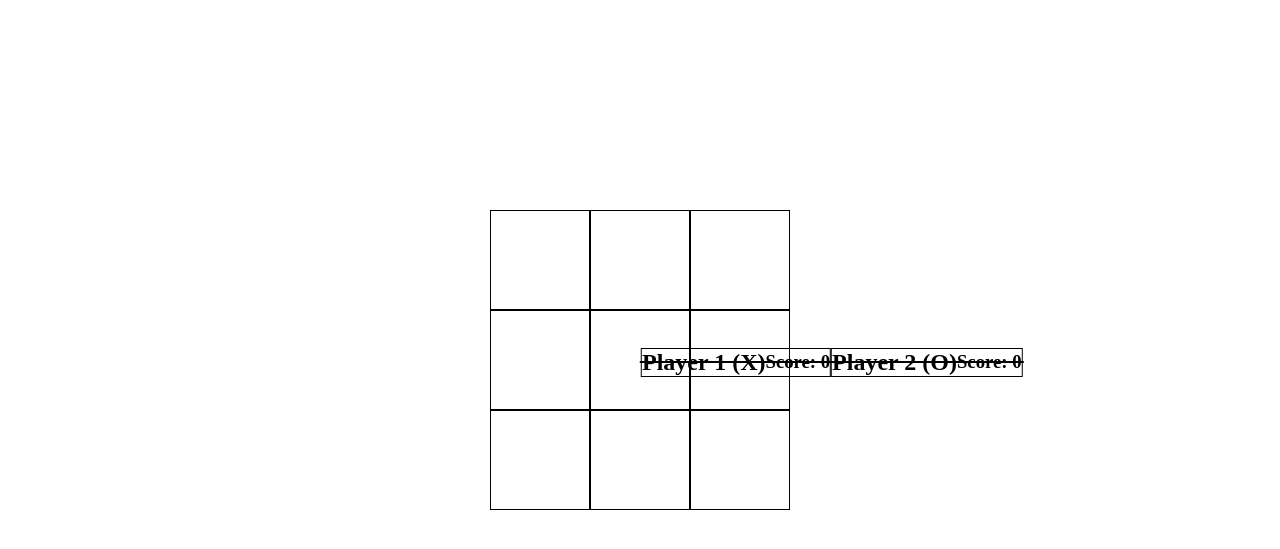
Repository: Dimitris2031/Tic-Tac-Toe
Page: main.html
The author's editor kept a copy of each file at every save. The page is drawn from the files as they stood at one save, then again after the next save.
The browser window is 1280 px wide. The pictures show the whole page.

Above is the page before, as saved 2025-09-05 23:45:54.

### main.html
<!DOCTYPE html>
    <head>
        <title>Rock Paper Sciscor Project</title>
        <link rel="stylesheet" href="main.css">
    </head>
    <body>
        <div class="scoreboard">
            <div class="player1">
                <h2>Player 1 (X)</h2>
                <h3 id="player1score">Score: 0</h3>
            </div>
            <div class="player2">
                <h2>Player 2 (O)</h2>
                <h3 id="player2score">Score: 0</h3>
            </div>
        </div>
        <main class="main">
            <div></div>
            <div></div>
            <div></div>
            <div></div>
            <div></div>
            <div></div>
            <div></div>
            <div></div>
            <div></div>
        </main>
        <script src="main.js"></script>
    </body>

</html>

### main.css
*{
    margin: 0;
    padding: 0;
    box-sizing: border-box;
}
body{
    display: flex;
    align-items: center;
    justify-content: center;
    min-height: 100vh;
}

main{
    display: grid;
    width: 300px;
    height: 300px;
    grid-template-columns: repeat(3,1fr);
    grid-template-rows: repeat(3,1fr);

}

div{
    border: 1px solid black;
    display: flex;
    align-items: center;
    justify-content: center;
}

.scoreboard{
    position: absolute;
    top: 50%;
    bottom: 50%;
    transform:translate(50%,50%);
}

### main.js

const Gameboard = (() => {
    const GameboardArray = new Array(9).fill(null);
    const winningConditions = [
        [0, 1, 2],
        [3, 4, 5],
        [6, 7, 8],

        [0, 3, 6],
        [1, 4, 7],
        [2, 5, 8],

        [0, 4, 8],
        [2, 4, 6]
    ];
    function updateBoard(index, marker){
        GameboardArray[index] = marker;
        document.getElementById(index).textContent = marker;
    }
    return {
        updateBoard,
        winningConditions,
        GameboardArray};
    })();


const GameReferee = (() => {
    let currIndex = 1;
    let player1 = playerFactory('player1','X',0);
    let player2 = playerFactory('player2','O',0);
    const players = [player1,player2];
    function checkPlayerTurn(){
        currIndex = 1 - currIndex;
        players[currIndex];
        return players[currIndex];
    }

    function checkWin(){
        for (let condition of Gameboard.winningConditions){
            const [a,b,c] = condition;
            if (Gameboard.GameboardArray[a] && Gameboard.GameboardArray[a] === Gameboard.GameboardArray[b] && Gameboard.GameboardArray[a] === Gameboard.GameboardArray[c]){
                if (Gameboard.GameboardArray[a] === 'X'){
                    alert(`${Gameboard.GameboardArray[a]} wins!`);
                    player1.score += 1;
                    return true;
                }else{
                    alert(`${Gameboard.GameboardArray[a]} wins!`);
                    player2.score += 1;
                    return true;
                }
            }
        }
    }
    function resetGame(){
        Gameboard.GameboardArray.fill(null);
        document.querySelectorAll('div').forEach((div) => {
            div.textContent = '';
        });
        currIndex = 1;
    }

    return {
        checkWin,
        checkPlayerTurn,
        resetGame
    };
})();

function playerFactory(name,marker,score){
    return{
        name: name,
        marker: marker,
        score: score

    }
}


document.querySelectorAll('div').forEach((div,i) => {
    div.id = i;
    div.addEventListener('click', async () => {
        if (Gameboard.GameboardArray[div.id] == null){
            Gameboard.updateBoard(div.id, GameReferee.checkPlayerTurn().marker);
            if (GameReferee.checkWin()){
                GameReferee.resetGame();
            }else if (!Gameboard.GameboardArray.includes(null)){
                alert("It's a tie!");
                GameReferee.resetGame();
            }
        }
    });
});

After the next save:
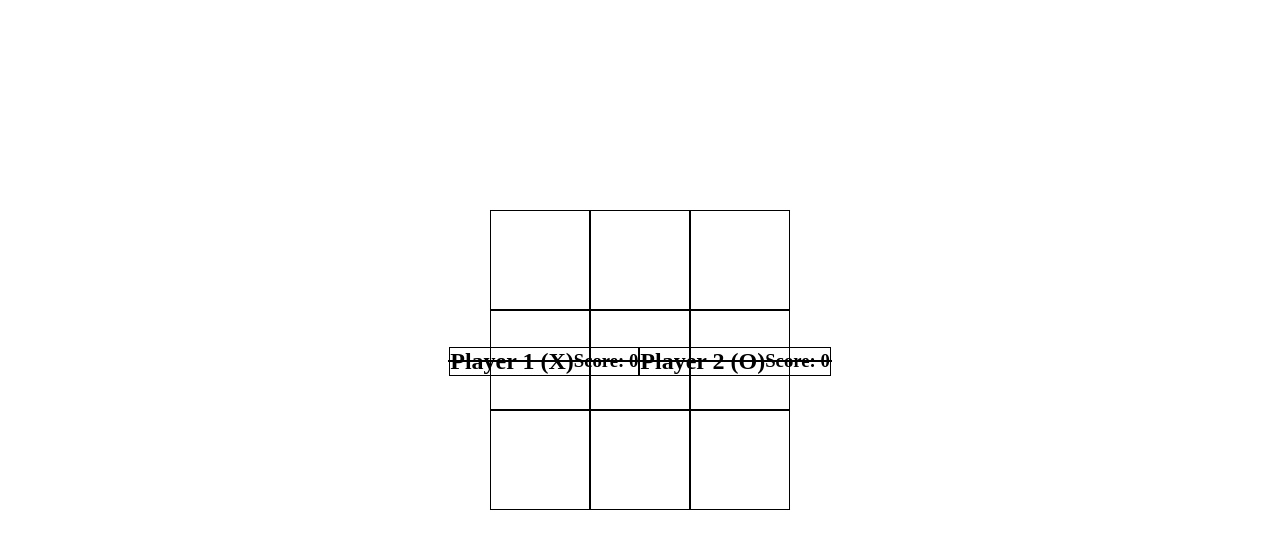
Saved 4 s later.
--- a/main.css
+++ b/main.css
@@ -30,5 +30,4 @@ div{
     position: absolute;
     top: 50%;
     bottom: 50%;
-    transform:translate(50%,50%);
 }
